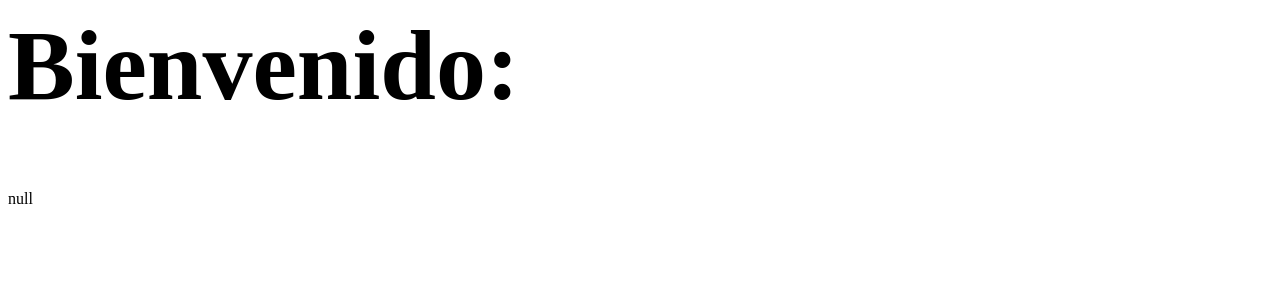
Repository: angegon/Developing-Applications-for-the-Java-EE-Platform
Page: http://localhost/03_ejemplo_parametros/SaludoPersonal
An editor plug-in stored every save of this project. The page is shown before and after the next save, followed by the edit.
The browser window is 1280 px wide. The pictures show the whole page.
The page is served by Tomcat 9.

Above is the page before, as saved 2016-12-20 16:21:35.

### javaee/03_ejemplo_parametros/src/servlets/SaludoPersonal.java
package servlets;

import java.io.IOException;
import java.io.PrintWriter;

import javax.servlet.ServletException;
import javax.servlet.annotation.WebServlet;
import javax.servlet.http.HttpServlet;
import javax.servlet.http.HttpServletRequest;
import javax.servlet.http.HttpServletResponse;


@WebServlet("/SaludoPersonal")
public class SaludoPersonal extends HttpServlet {

	protected void service(HttpServletRequest request, HttpServletResponse response) throws ServletException, IOException {
		// TODO Auto-generated method stub

		String nombre= request.getParameter("persona");

		response.setContentType("text/html");
		try ( PrintWriter out = response.getWriter();){		//Entre los métodos del response, parametro.
			out.println("<html>");
			out.println("<body>");
			out.println("<h1 style='font-size:100px'>Bienvenido:</h1>"+nombre);
			out.println("</body>");
			out.println("</html>");
		}

	}

}

After the next save:
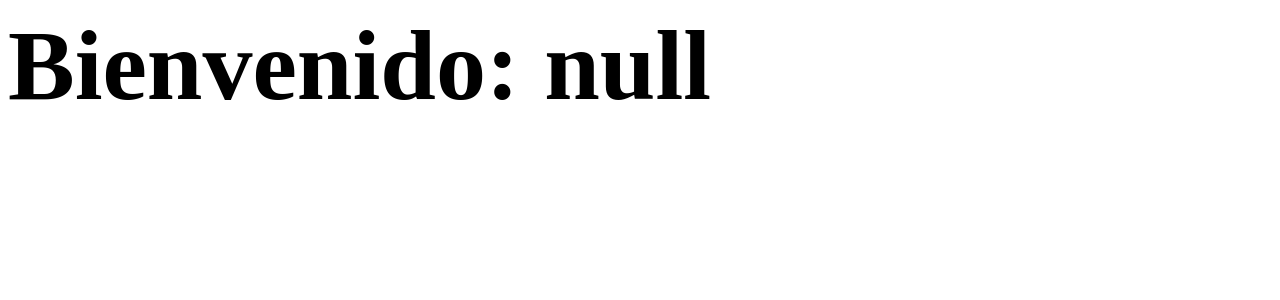
Saved 31 s later.
--- a/javaee/03_ejemplo_parametros/src/servlets/SaludoPersonal.java
+++ b/javaee/03_ejemplo_parametros/src/servlets/SaludoPersonal.java
@@ -22,7 +22,7 @@ public class SaludoPersonal extends HttpServlet {
 		try ( PrintWriter out = response.getWriter();){		//Entre los métodos del response, parametro.
 			out.println("<html>");
 			out.println("<body>");
-			out.println("<h1 style='font-size:100px'>Bienvenido:</h1>"+nombre);
+			out.println("<h1 style='font-size:100px'>Bienvenido: "+nombre+"</h1>");
 			out.println("</body>");
 			out.println("</html>");
 		}
